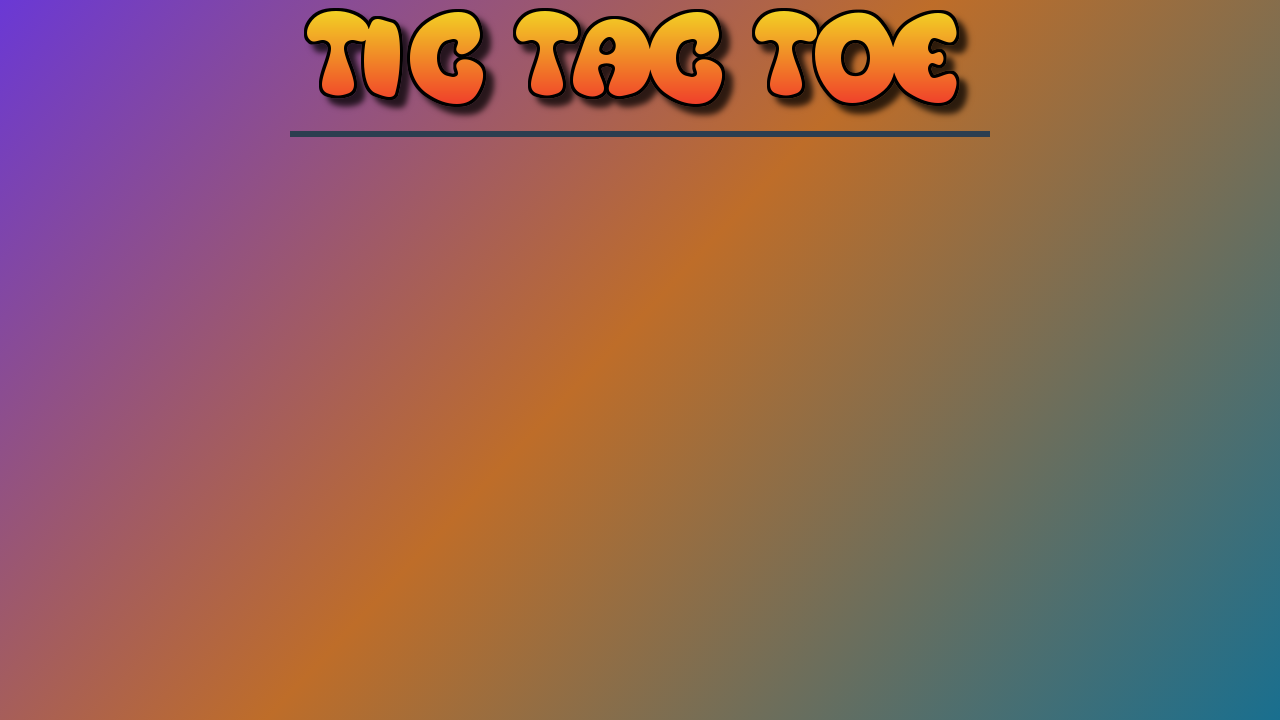
Repository: malx9/Project--5---Tic-Tac-Toe-with-AI
Page: index.html
These files come from the project's save history. The page is drawn as it stood at one moment and after the next save; the edit follows.
The browser window is 1280 px wide. The pictures show the whole page.

Above is the page before, as saved 2023-12-25 17:17:04.

### index.html
<!DOCTYPE html>
<html lang="en">
  <head>
    <meta charset="UTF-8" />
    <meta name="viewport" content="width=device-width, initial-scale=1.0" />
    <link rel="stylesheet" href="styles.css" />
    <title>Tic Tac Toe</title>
  </head>
  <body>
    <header>
      <img class="logo" src="images/logo.png" />
    </header>
    <main>
      <div class="game--box">
        <div class="game--board">
          <div class="square"></div>
          <div class="square"></div>
          <div class="square"></div>
          <div class="square"></div>
          <div class="square"></div>
          <div class="square"></div>
          <div class="square"></div>
          <div class="square"></div>
          <div class="square"></div>
        </div>
      </div>
    </main>
  </body>
</html>

### styles.css
html {
  height: 100%;
  margin: 0;
}

body {
  margin: 0;
  background: rgb(106, 56, 213);
  background: linear-gradient(
    133deg,
    rgba(106, 56, 213, 1) 0%,
    rgba(190, 109, 41, 1) 48%,
    rgba(25, 111, 143, 1) 100%
  );
}

.logo {
  display: block;
  margin-left: auto;
  margin-right: auto;
}

.game--box {
  display: block;
  margin: auto;
  width: 700px;
  height: 500px;
}

.game--board {
  display: grid;
  grid-template-columns: repeat(3, 1fr);
  grid-template-rows: repeat(3, 1fr);
}

.square {
  background-color: #3498db;
  border: 1px solid #2c3e50;
}

After the next save:
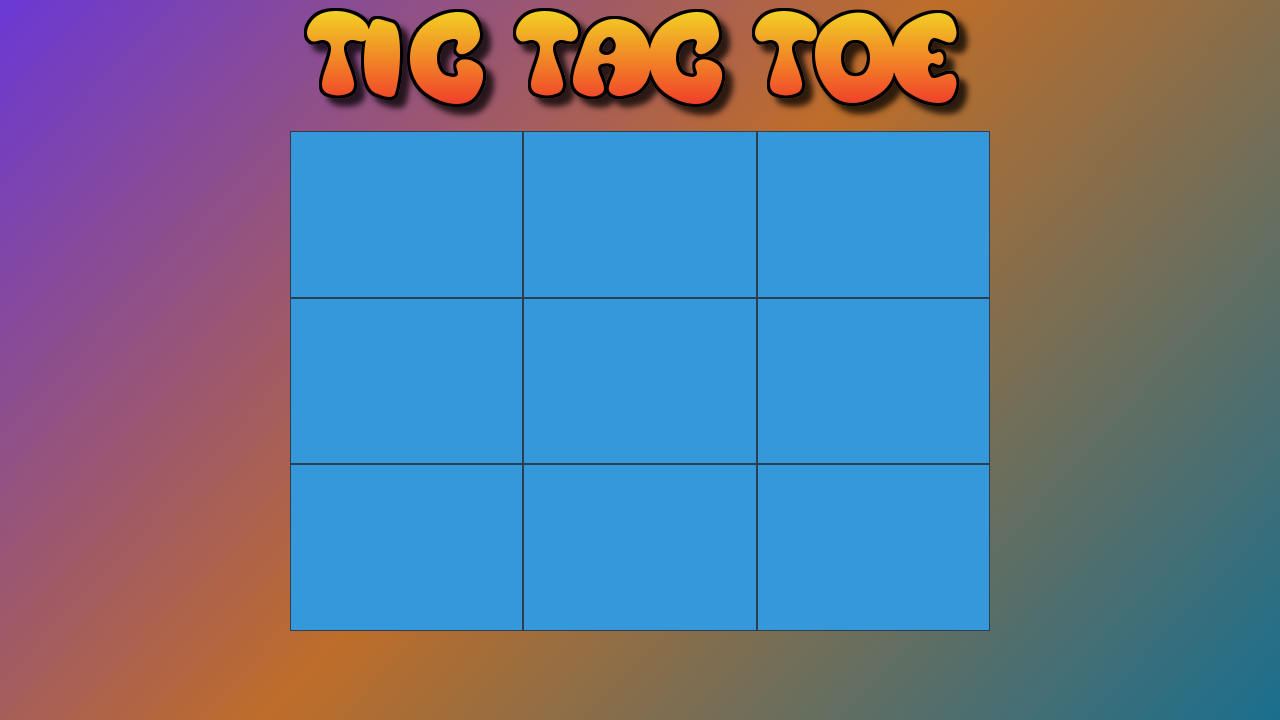
Saved 11 s later.
--- a/styles.css
+++ b/styles.css
@@ -31,6 +31,8 @@ body {
   display: grid;
   grid-template-columns: repeat(3, 1fr);
   grid-template-rows: repeat(3, 1fr);
+  width: 700px;
+  height: 500px;
 }
 
 .square {
